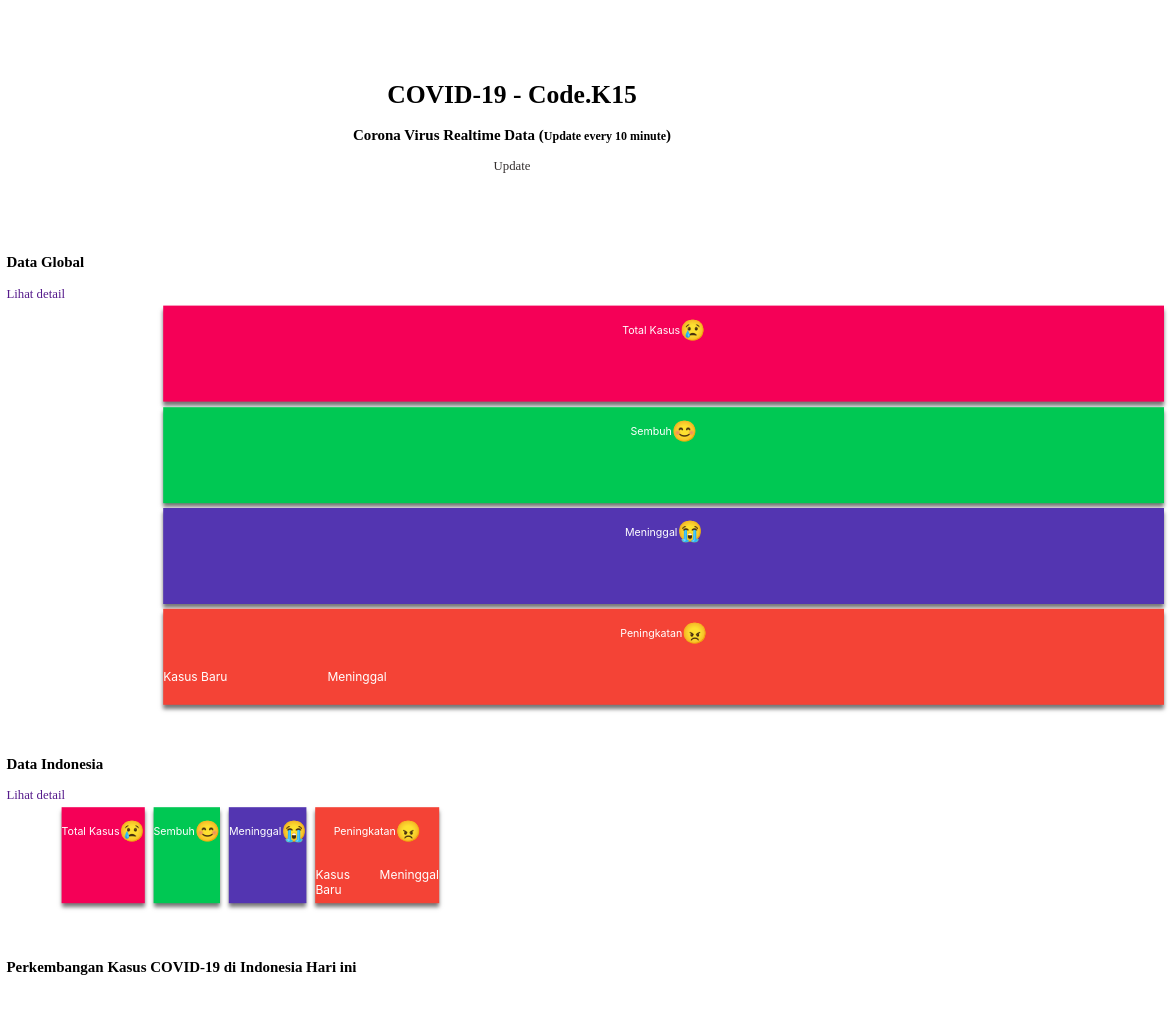
Repository: fathur15/covid19-monitoring
Page: http://localhost/covid19/apps/views/data/main/dashboard.php
These files come from the project's save history. The page is drawn as it stood at one moment and after the next save; the edit follows.
The browser window is 1280 px wide. The page is 1462 px wide, then 1335 px, so the pictures cover 1462 px, including what lies to the right of the window. The pictures show the whole page, at 80% of full size.
The page is run by PHP 8.4 with error messages shown; the project is at /var/www/html/.

Above is the page before, as saved 2020-04-14 13:57:17.

After the next save:
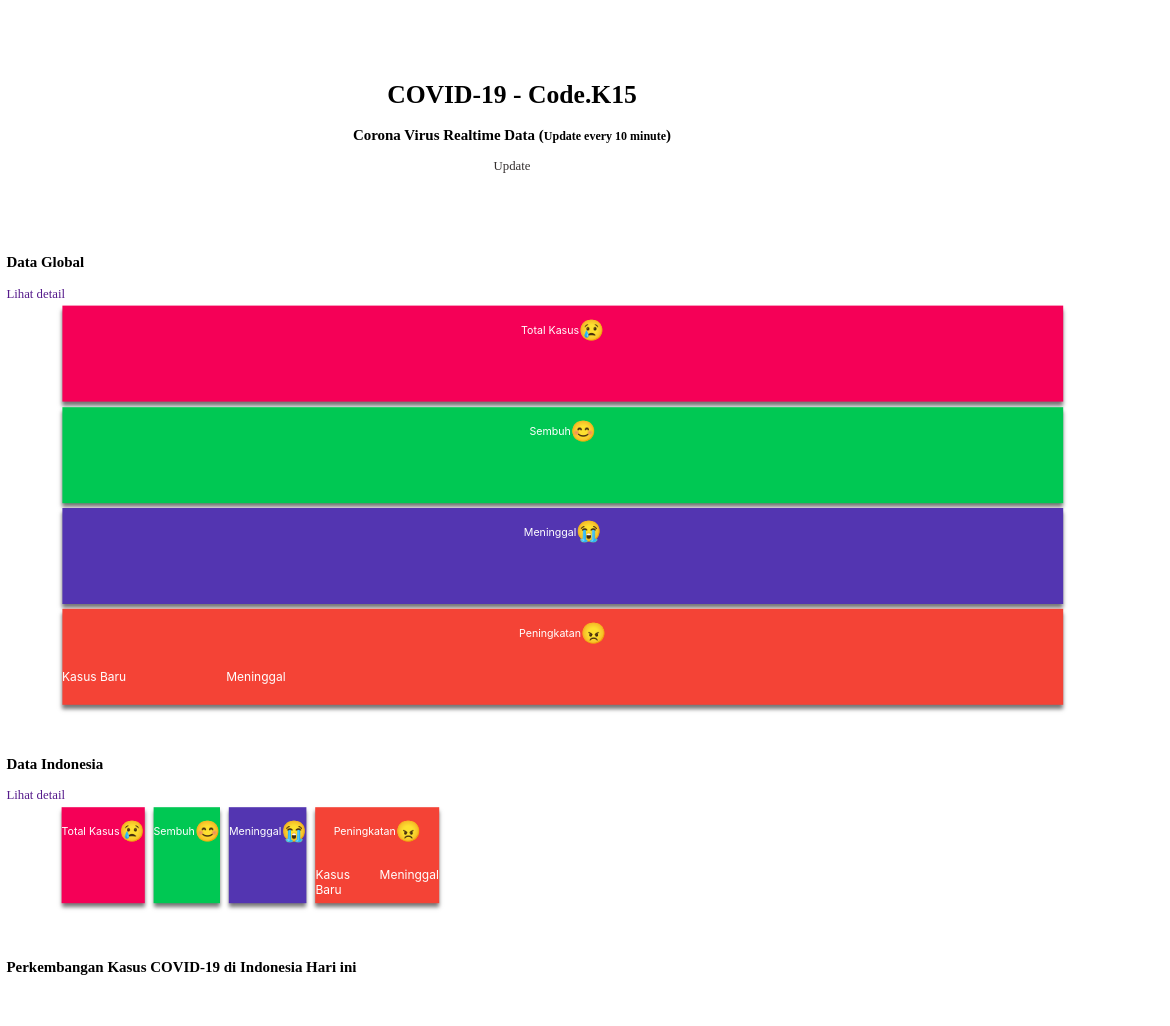
Saved 10 s later.
--- a/apps/views/data/main/dashboard.php
+++ b/apps/views/data/main/dashboard.php
@@ -44,7 +44,7 @@
                     <h3>Data Global</h3>
                     <a style="text-decoration: none" href="">Lihat detail  <i class="fas fa-long-arrow-alt-right" aria-hidden="true"></i></a>
                 </div>
-                <div id="resumeGlobal" class="" style="width: 100%; margin: 0 15%" >
+                <div id="resumeGlobal" class="" style="width: 100%; margin: 0 5%" >
                     <div class="row">
                         <div class="card col-sm-3 shadow-box" style="background: #f50057; margin: 0.5%; align-items: center; height: 120px ">
                             <div class="card-body">
